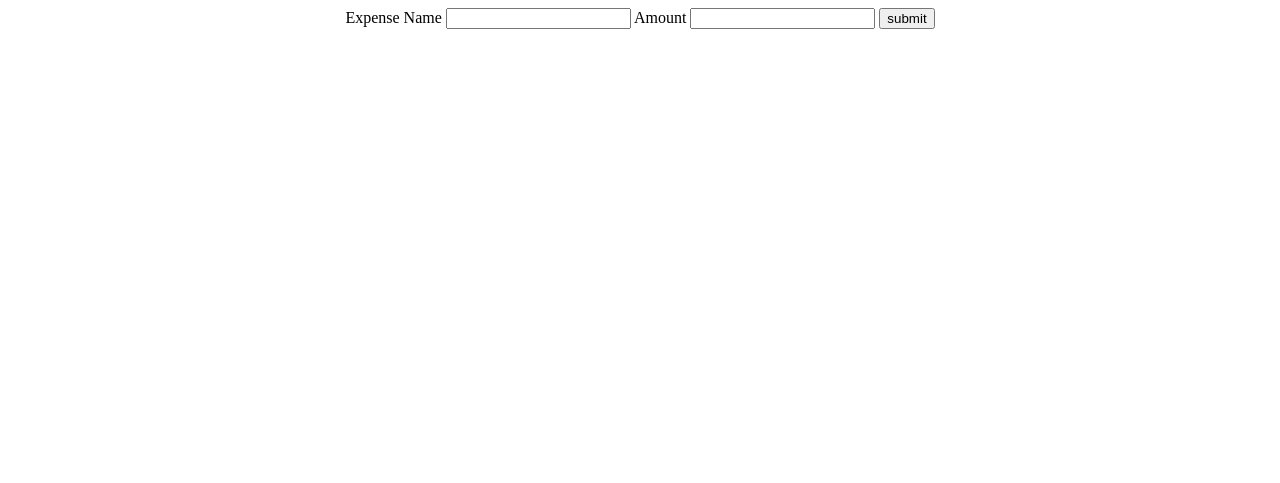
Repository: sarthak-tyagi123/expensetracker12
Page: http://localhost/
An editor plug-in stored every save of this project. The page is shown before and after the next save, followed by the edit.
The browser window is 1280 px wide. The pictures show the whole page.
The page is served by the project's Node server (app.js).

Above is the page before, as saved 2025-06-20 23:45:04.

### views/1.ejs
<!DOCTYPE html>
<html lang="en">
<head>
    <meta charset="UTF-8">
    <meta name="viewport" content="width=device-width, initial-scale=1.0">
    <title>Expense Tracker</title>
    <style>
        .container{
            height:60vh;
            width: 70vw;;
        }
    </style>
</head>
<body>
    <center>
    <div class="container">

    <form action="/expenses" method="post">

    <label for="text">Expense Name</label>
    <input type="text" name="name" required>
    <label for="number">Amount </label>
    <input type="number" name="amount" required>
    <button>submit</button>

    </form>

    </div>

    </center>
</body>
</html>

### app.js
let express=require("express");
let app=express();
app.use(express.urlencoded({ extended: true }));
app.set("view engine",'ejs');

app.get("/",function(req,res){
    res.render("1.ejs");
})

// let expenses = [];
// app.post("/expenses",function(req,res){
//   const { name, amount } = req.body;
//   expenses.push({ name, amount: Number(amount) });
// //   res.render('expenses.ejs', { name, amount })
//   res.render("expenses", { expenses:expenses || []});
// })

app.listen(3000);

After the next save:
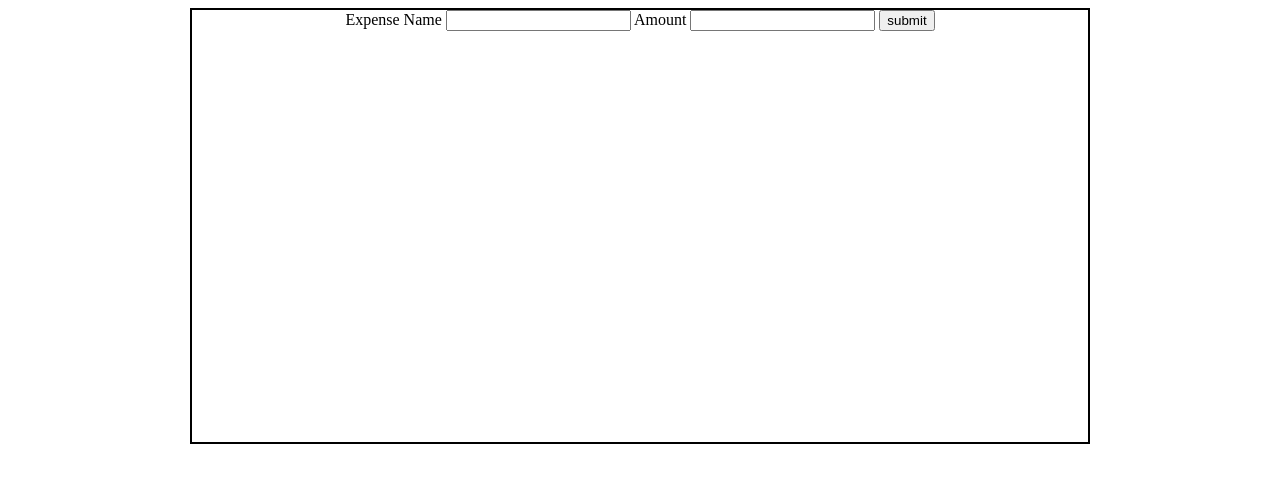
Saved 10 s later.
--- a/views/1.ejs
+++ b/views/1.ejs
@@ -7,7 +7,8 @@
     <style>
         .container{
             height:60vh;
-            width: 70vw;;
+            width: 70vw;
+            border: 2px solid black;
         }
     </style>
 </head>
